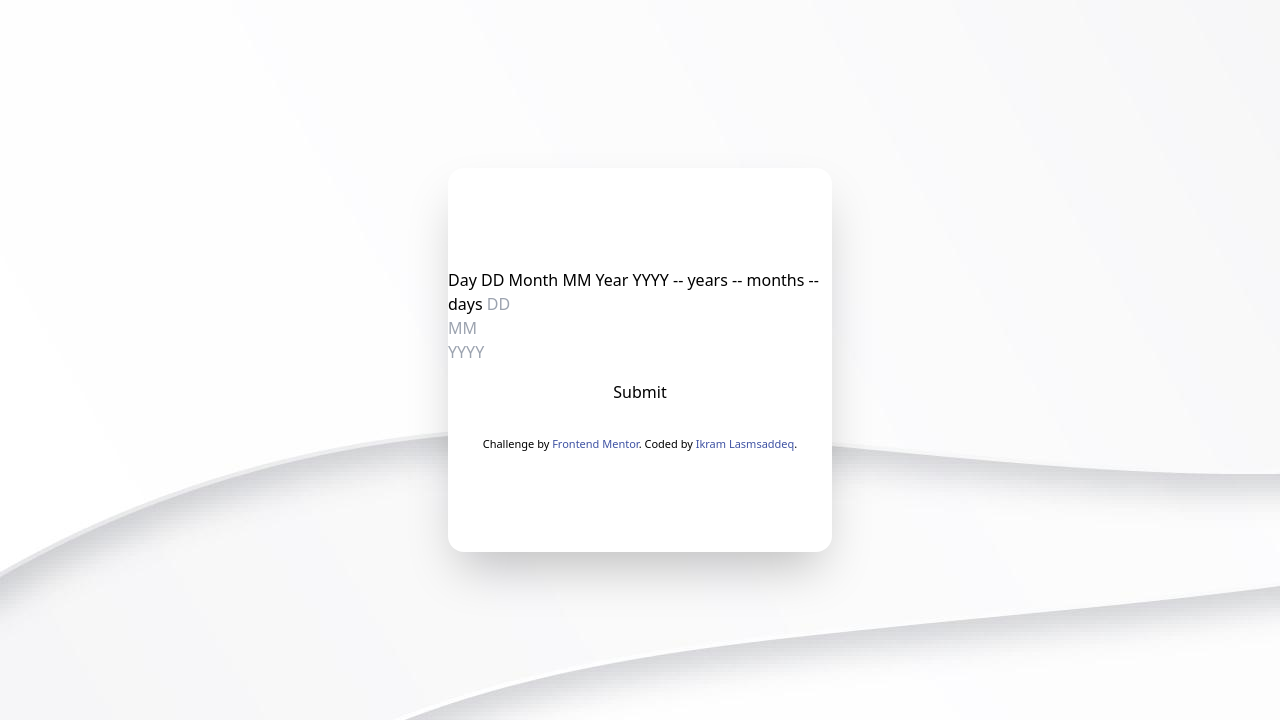
Repository: ikram-lisa/age-display
Page: /
An editor plug-in stored every save of this project. The page is shown before and after the next save, followed by the edit.
The browser window is 1280 px wide. The pictures show the whole page.
Some web libraries are served in a nearby version. The project was rebuilt for these pictures with package versions that can differ from the ones it lists, and the page was loaded fresh each time.

Above is the page before, as saved 2024-04-30 15:16:50.

After the next save:
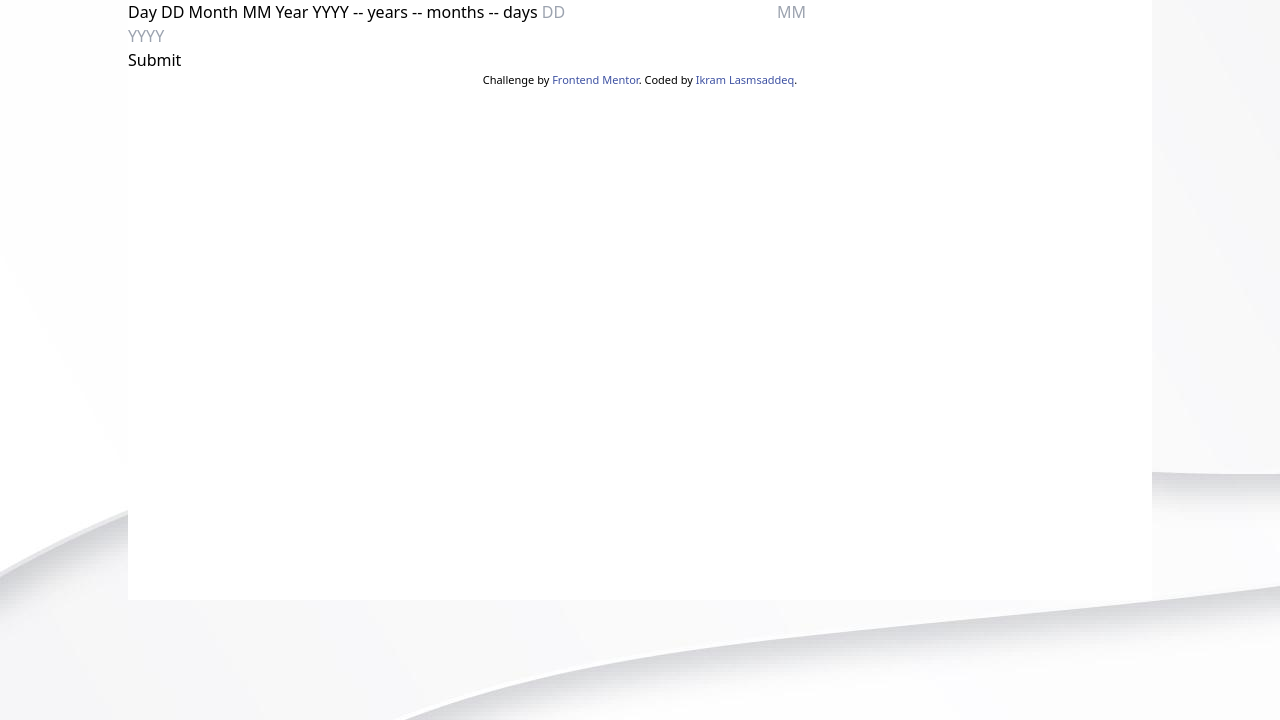
Saved 48 s later.
--- a/css/style.scss
+++ b/css/style.scss
@@ -12,6 +12,9 @@ body {
   height: 100vh;
   overflow: hidden;
   .calculator {
-    @apply w-96 h-96 bg-white rounded-2xl shadow-2xl absolute top-1/2 left-1/2 transform -translate-x-1/2 -translate-y-1/2 flex flex-col items-center justify-center gap-4;
+    width: 80%;
+    height: 600px;
+    margin: 0 auto;
+    background-color: white;
   }
 }
